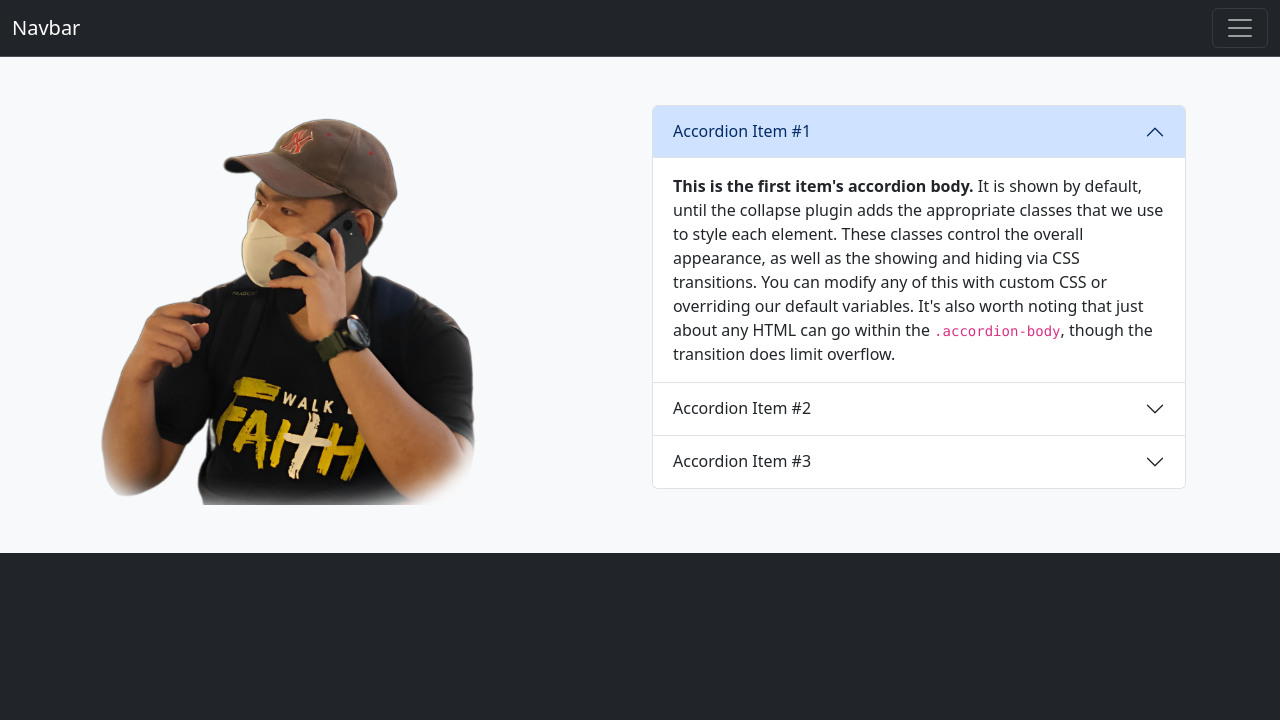
Repository: Shin-da/jeffmathew-portfolio
Page: index.html
These files come from the project's save history. The page is drawn as it stood at one moment and after the next save; the edit follows.
The browser window is 1280 px wide. The pictures show the whole page.

Above is the page before, as saved 2023-10-07 17:17:54.

After the next save:
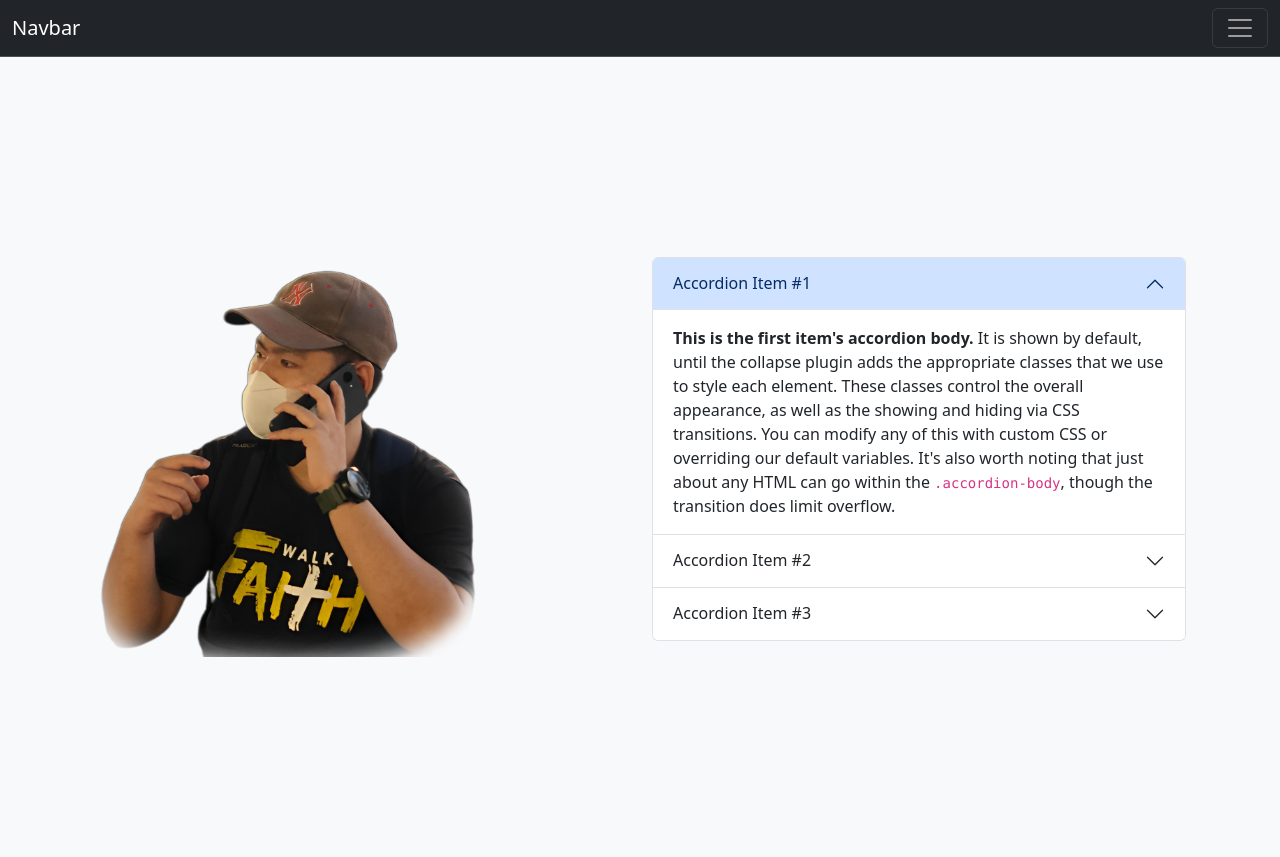
Saved 5 s later.
--- a/index.html
+++ b/index.html
@@ -36,7 +36,7 @@
   </nav>
 
   <section>
-    <div class="container-fluid d-flex justify-content-center align-items-center bg-light p-5" style="height: ;">
+    <div class="container-fluid d-flex justify-content-center align-items-center bg-light p-5" style="height: 800px;">
       <div class="container d-flex flex-row">
         <div class="container">
           <img src="jef.png" alt="user's picture" width="400px">
